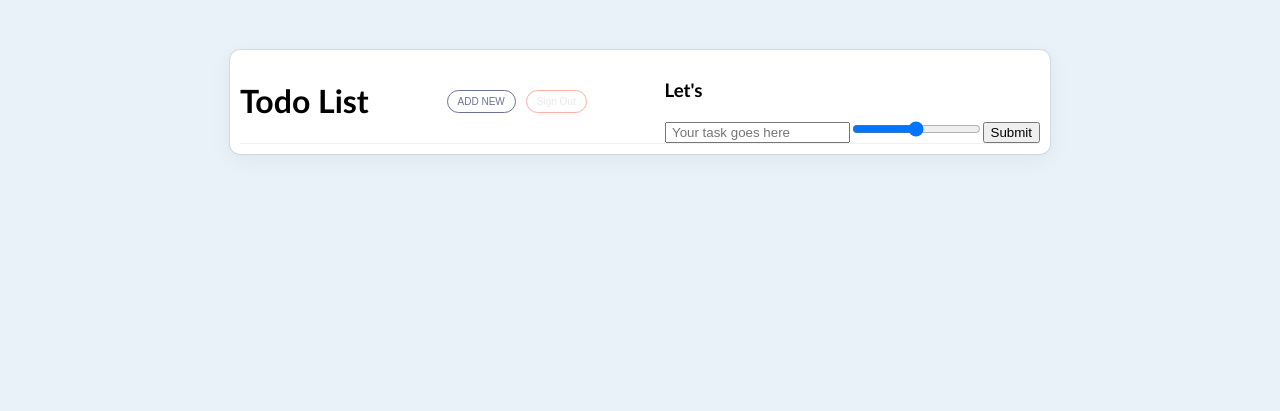
Repository: mosesvk/_todo
Page: / (app in client/)
These files come from the project's save history. The page is drawn as it stood at one moment and after a run of saves; the edit follows.
The browser window is 1280 px wide. The pictures show the whole page.
The page's requests for data from a server got no answer. The project was rebuilt for these pictures with package versions that can differ from the ones it lists, and the page was loaded fresh each time. No one was signed in, and anything a server would have sent is missing. Also part of the build but not shown: client/vite.config.js, client/src/components/ProgressBar.jsx, client/src/components/ListItem.jsx. Imported but missing from the stored project, and not drawn on this page: client/src/components/TickIcon.

Above is the page before, as saved 2023-05-01 23:32:47.

After the next 2 saves:
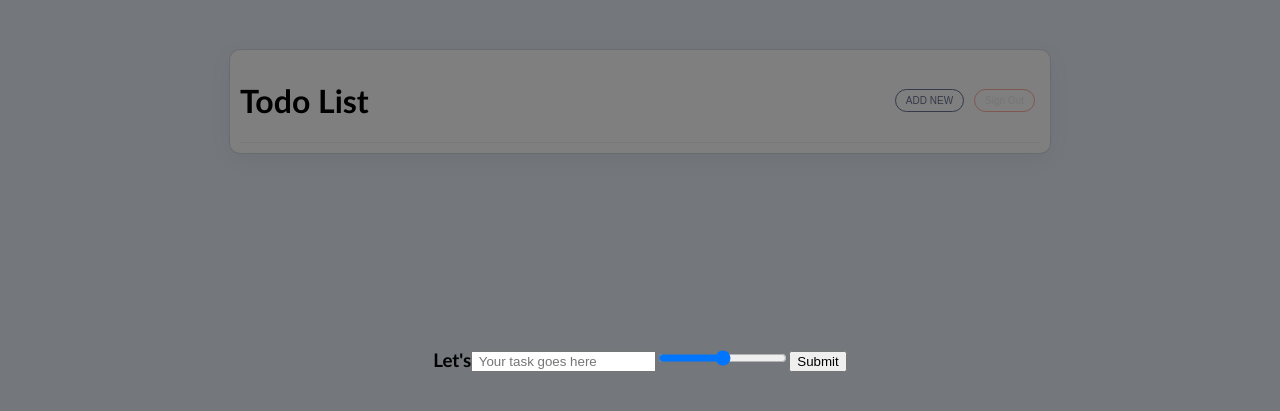
The 2 saves are shown as one change because they came seconds apart.
The last was saved 2 min 43 s later.
--- a/client/src/index.css
+++ b/client/src/index.css
@@ -118,3 +118,18 @@ body {
   stroke: '#5dac83' !important;
   margin-right: 10px;
 }
+
+
+/* Modal  */
+
+.overlay {
+    position: absolute;
+    left: 0;
+    top: 0;
+    width: 100vw;
+    height: 100vh;
+    background-color: rgba(0, 0, 0, 0.5);
+    display: flex;
+    justify-content: center;
+    align-items: center;
+}
